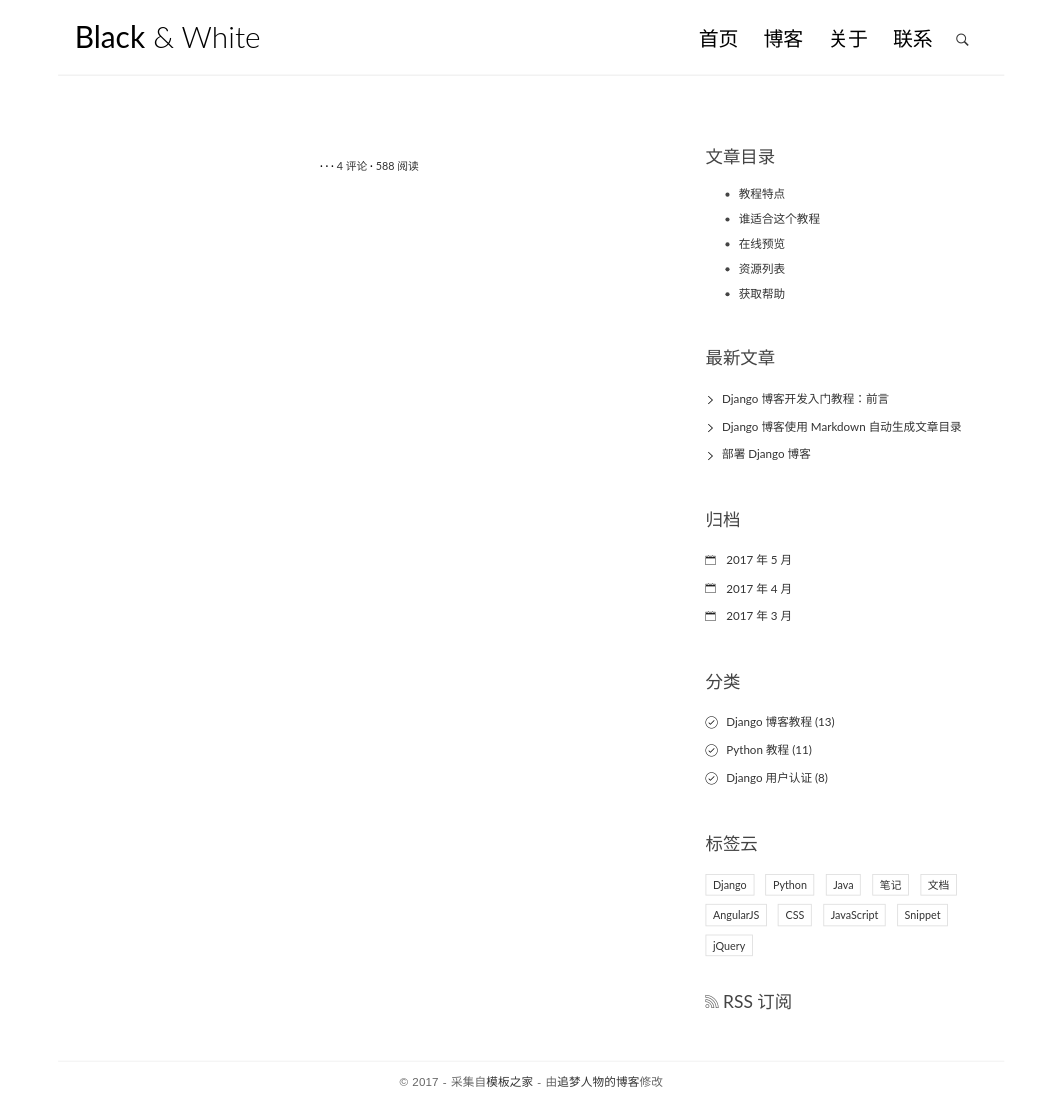
Repository: CoderLiHu/blog
Page: templates/blog/detail.html
The author's editor kept a copy of each file at every save. The page is drawn from the files as they stood at one save, then again after the next save.
The browser window is 1280 px wide. The pictures show the whole page, at 83% of full size.
The template is drawn by Django 2.2. The application's start-up code is not run. The template is opened directly, without the code that normally fills it, so the values that code supplies are empty.

Above is the page before, as saved 2020-02-20 16:00:12.

After the next save:
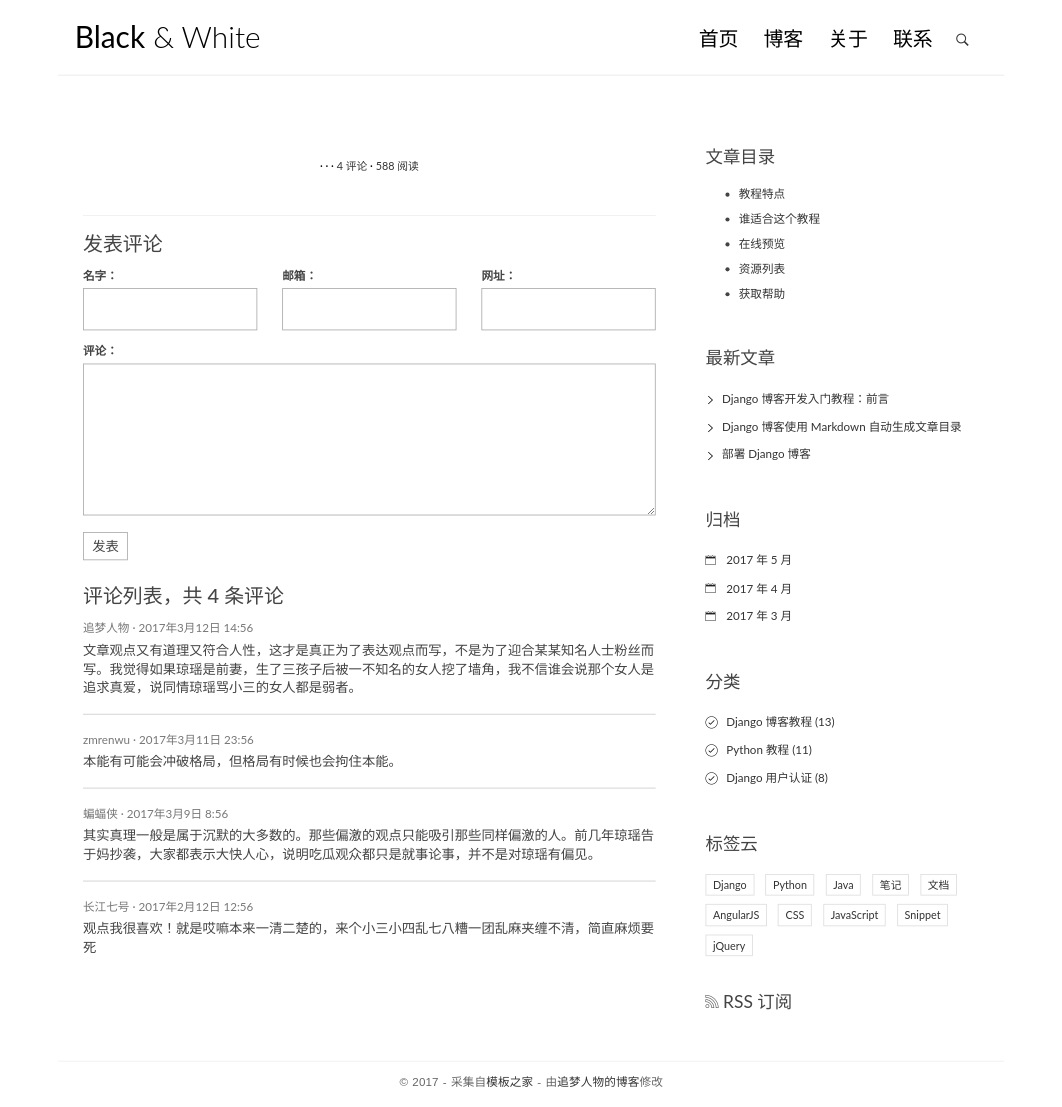
Saved 2 min 32 s later.
--- a/templates/blog/detail.html
+++ b/templates/blog/detail.html
@@ -17,6 +17,64 @@
         {{ post.text }}
         </div>
     </article>
+    <section class="comment-area" id="comment-area">
+        <hr>
+        <h3>发表评论</h3>
+        <form action="#" method="post" class="comment-form">
+            <div class="row">
+                <div class="col-md-4">
+                    <label for="id_name">名字：</label>
+                    <input type="text" id="id_name" name="name" required>
+                </div>
+                <div class="col-md-4">
+                    <label for="id_email">邮箱：</label>
+                    <input type="email" id="id_email" name="email" required>
+                </div>
+                <div class="col-md-4">
+                    <label for="id_url">网址：</label>
+                    <input type="text" id="id_url" name="url">
+                </div>
+                <div class="col-md-12">
+                    <label for="id_comment">评论：</label>
+                    <textarea name="comment" id="id_comment" required></textarea>
+                    <button type="submit" class="comment-btn">发表</button>
+                </div>
+            </div>    <!-- row -->
+        </form>
+        <div class="comment-list-panel">
+            <h3>评论列表，共 <span>4</span> 条评论</h3>
+            <ul class="comment-list list-unstyled">
+                <li class="comment-item">
+                    <span class="nickname">追梦人物</span>
+                    <time class="submit-date" datetime="2012-11-09T23:15:57+00:00">2017年3月12日 14:56</time>
+                    <div class="text">
+                        文章观点又有道理又符合人性，这才是真正为了表达观点而写，不是为了迎合某某知名人士粉丝而写。我觉得如果琼瑶是前妻，生了三孩子后被一不知名的女人挖了墙角，我不信谁会说那个女人是追求真爱，说同情琼瑶骂小三的女人都是弱者。
+                    </div>
+                </li>
+                <li class="comment-item">
+                    <span class="nickname">zmrenwu</span>
+                    <time class="submit-date" datetime="2012-11-09T23:15:57+00:00">2017年3月11日 23:56</time>
+                    <div class="text">
+                        本能有可能会冲破格局，但格局有时候也会拘住本能。
+                    </div>
+                </li>
+                <li class="comment-item">
+                    <span class="nickname">蝙蝠侠</span>
+                    <time class="submit-date" datetime="2012-11-09T23:15:57+00:00">2017年3月9日 8:56</time>
+                    <div class="text">
+                        其实真理一般是属于沉默的大多数的。那些偏激的观点只能吸引那些同样偏激的人。前几年琼瑶告于妈抄袭，大家都表示大快人心，说明吃瓜观众都只是就事论事，并不是对琼瑶有偏见。
+                    </div>
+                </li>
+                <li class="comment-item">
+                    <span class="nickname">长江七号</span>
+                    <time class="submit-date" datetime="2012-11-09T23:15:57+00:00">2017年2月12日 12:56</time>
+                    <div class="text">
+                        观点我很喜欢！就是哎嘛本来一清二楚的，来个小三小四乱七八糟一团乱麻夹缠不清，简直麻烦要死
+                    </div>
+                </li>
+            </ul>
+        </div>
+    </section>
 {% endblock main %}
 
 {% block toc %}
